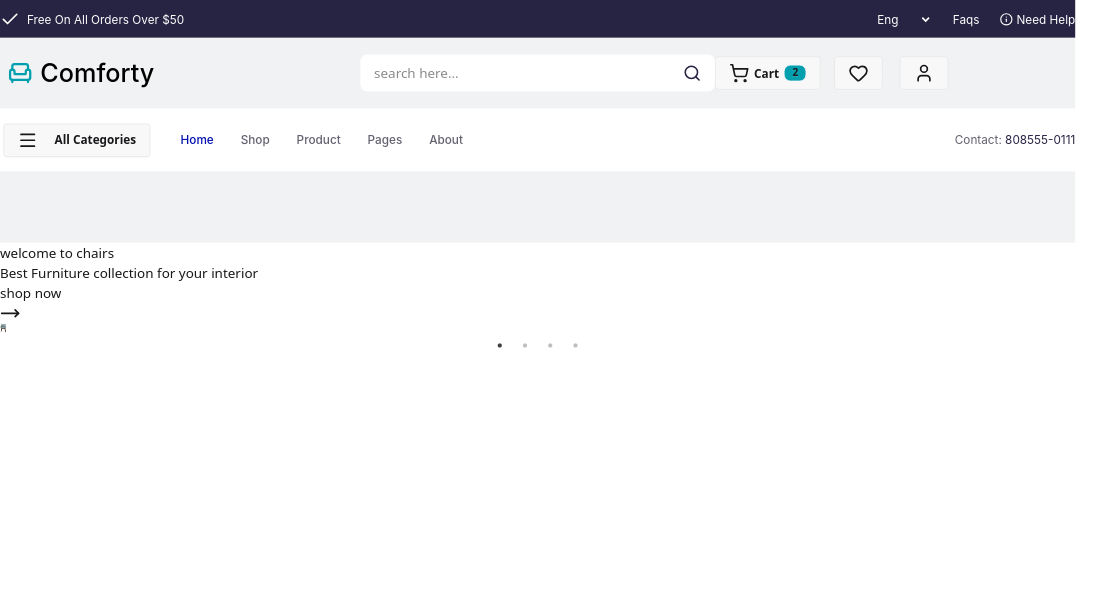
Repository: Neda0o0/store-template-website
Page: /
The author's editor kept a copy of each file at every save. The page is drawn from the files as they stood at one save, then again after the next save.
The browser window is 1280 px wide. The page is 1305 px wide, so the pictures cover 1305 px, including what lies to the right of the window. The pictures show the whole page, at 84% of full size.
The project was rebuilt for these pictures with package versions that can differ from the ones it lists, and the page was loaded fresh each time. Also part of the build but not shown: vite.config.js, src/Pages/Auth/Auth.jsx, src/Pages/Auth/Login/Login.jsx, src/Pages/Auth/Register/Register.jsx, src/Pages/Error/Error.jsx, src/AuthCheck/AuthCheck.jsx.

Above is the page before, as saved 2025-10-21 15:38:17.

### index.html
<!doctype html>
<html lang="en">
  <head>
    <meta charset="UTF-8" />
    <link rel="icon" type="image/svg+xml" href="/vite.svg" />
    <meta name="viewport" content="width=device-width, initial-scale=1.0" />
    <title>new-project</title>
  </head>
  <body>
    <div id="root"></div>
    <script type="module" src="/src/main.jsx"></script>
  </body>
</html>

### src/main.jsx
import { StrictMode } from "react";
import { createRoot } from "react-dom/client";
import MainLayout from "./MainLayout/MainLayout";
import "./index.css";

createRoot(document.getElementById("root")).render(
  <StrictMode>
    <MainLayout />
  </StrictMode>
);

### src/MainLayout/MainLayout.jsx
import { BrowserRouter, Route, Routes } from "react-router";
import Navbar from "../components/Navbar/Navbar";
import Home from "../Pages/Home/Home";
import Auth from "../Pages/Auth/Auth";
import Login from "../Pages/Auth/Login/Login";
import Register from "../Pages/Auth/Register/Register";
import Error from "../Pages/Error/Error";
import AuthCheck from "../AuthCheck/AuthCheck";

const MainLayout = () => {
  return (
    <BrowserRouter>
      {/* Navbar */}
      <Navbar />
      <Routes>
        <Route
          path="/"
          element={
            <AuthCheck>
              <Home />
            </AuthCheck>
          }
        />
        <Route path="auth" element={<Auth />}>
          <Route path="login" element={<Login />} />
          <Route path="register" element={<Register />} />
        </Route>
        {/* not found routes */}
        <Route path="*" element={<Error />} />
      </Routes>
    </BrowserRouter>
  );
};
export default MainLayout;

### src/index.css
@import "tailwindcss";
@plugin "daisyui";

/* google font inter */
@import url("https://fonts.googleapis.com/css2?family=Inter:ital,opsz,wght@0,14..32,100..900;1,14..32,100..900&display=swap");

@theme {
  --font-inter: "Inter", sans-serif;
}

### src/components/Navbar/Navbar.jsx
import {
  Armchair,
  Check,
  Info,
  Search,
  ShoppingCart,
  Heart,
  User,
  Menu,
} from "lucide-react";
import { Link, NavLink } from "react-router-dom";

const Navbar = () => {
  return (
    <div>
      {/* navbar top */}
      <div className="navbar_top flex items-center justify-center bg-[#272343] w-full h-[45px]">
        <div className="lg:container flex justify-between items-center">
          <p className="flex items-center gap-2 text-sm font-inter font-normal text-white capitalize">
            <Check />
            Free on all orders over $50
          </p>
          <div className="navbar_top_right flex items-center gap-6">
            <select
              defaultValue="Server location"
              className=" bg-none h-[30px] w-[70px] text-sm font-inter font-normal capitalize text-white"
            >
              <option>Eng</option>
              <option>Farsi</option>
            </select>
            <button>
              <Link className="text-sm text-white font-inter font-normal capitalize ">
                Faqs
              </Link>
            </button>
            <button>
              <Link className="flex items-center gap-1 text-sm  text-white font-inter font-normal capitalize">
                <Info size={16} />
                Need help
              </Link>
            </button>
          </div>
        </div>
      </div>
      {/* navbar middle */}
      <div className="navbar middle flex items-center justify-center bg-[#f0f2f3] w-full h-[84px]">
        <div className="lg:container grid grid-cols-3 items-center">
          <div className="logo_wrapper">
            <Link
              to="/"
              className="text-3xl text-black font-inter font-medium capitalize flex items-center gap-2"
            >
              <Armchair size="2rem" color="#029fae" /> Comforty
            </Link>
          </div>
          <div className="search_box">
            <form action="#" className="max-w-[443px] h-[44px] relative">
              <input
                type="text"
                placeholder="search here..."
                className=" max-w-[443px] w-full h-full bg-white rounded-lg pl-4 "
              />
              <button className="absolute to-50% right-4 translate-y-1/2">
                <Search size="22px" color="#272343" />
              </button>
            </form>
          </div>
          {/* navbar middle right */}
          <div className="navbar_middle_right flex items-center gap-4">
            <button className="btn capitalize">
              <ShoppingCart /> cart
              <div className="badge badge-sm bg-[#029fae]">2</div>
            </button>
            <button className="btn capitalize">
              <Heart />
            </button>

            <div className="dropdown">
              <div tabIndex={0} role="button" className="btn m-1">
                <User />
              </div>
              <ul
                tabIndex="-1"
                className="dropdown-content menu bg-base-100 rounded-box z-1 w-52 p-2 shadow-sm"
              >
                <li>
                  <Link>Account</Link>
                </li>
                <li>
                  <Link>Logout</Link>
                </li>
              </ul>
            </div>
          </div>
        </div>
      </div>

      {/* navbar bottom */}
      <div className="navbar_bottom flex items-center justify-center w-full h-[75px] bg-white border-[#ele3e5]">
        <div className="lg:container flex items-center justify-between">
          <div className="navbar_bottom_left flex items-center gap-8">
            <div className="dropdown dropdown-start">
              <div
                tabIndex={0}
                role="button"
                className="btn m-1 flex items-center gap-5 capitalize"
              >
                <Menu /> all categories
              </div>
              <ul
                tabIndex="-1"
                className="dropdown-content menu bg-base-100 rounded-box z-1 w-52 p-2 shadow-sm"
              >
                <li>
                  <a>Chair</a>
                </li>
                <li>
                  <a>Pant</a>
                </li>
                <li>
                  <a>Shirt</a>
                </li>
                <li>
                  <a>T-shirt</a>
                </li>
              </ul>
            </div>
            <nav className="flex items-center gap-8">
              <NavLink
                to="/"
                className="text-sm text-[#020fae] font-inter font-medium capitalize"
              >
                Home
              </NavLink>
              <NavLink className="text-sm text-[#636270] font-inter font-medium capitalize">
                shop
              </NavLink>
              <NavLink className="text-sm text-[#636270] font-inter font-medium capitalize">
                product
              </NavLink>
              <NavLink className="text-sm text-[#636270] font-inter font-medium capitalize">
                pages
              </NavLink>
              <NavLink className="text-sm text-[#636270] font-inter font-medium capitalize">
                about
              </NavLink>
            </nav>
          </div>

          <div className="navbar_bottom_right">
            <p className="text-sm text-[#636270] font-inter font-normal capitalize">
              contact: <span className="text-[#272343]">{808}555-0111</span>
            </p>
          </div>
        </div>
      </div>
    </div>
  );
};
export default Navbar;

### src/Pages/Home/Home.jsx
import Banner from "../../components/Banner/Banner";
const Home = () => {
  return (
    <div>
      {/* banner component */}
      <div className="w-full bg-[#f0f2f3] min-h-[85px] flex items-center justify-center "></div>
      <Banner></Banner>
    </div>
  );
};
export default Home;

### src/components/Banner/Banner.jsx
import "slick-carousel/slick/slick.css";
import "slick-carousel/slick/slick-theme.css";
import Slider from "react-slick";
import { MoveRight } from "lucide-react";

const Banner = () => {
  const products = [
    {
      id: 1,
      title: "Best Furniture collection for your interior ",
      subTitle: "welcome to chairs",
      image: "/src/assets/Banner/banner_image.png",
    },
    {
      id: 2,
      title: "Best Furniture collection for your interior ",
      subTitle: "welcome to chairs",
      image: "/src/assets/Banner/banner_image.png",
    },
    {
      id: 3,
      title: "Best Furniture collection for your interior ",
      subTitle: "welcome to chairs",
      image: "/src/assets/Banner/banner_image.png",
    },
    {
      id: 4,
      title: "Best Furniture collection for your interior ",
      subTitle: "welcome to chairs",
      image: "/src/assets/Banner/banner_image.png",
    },
  ];
  const settings = {
    dots: true,
    infinite: true,
    speed: 500,
    slidesToShow: 1,
    slidesToScroll: 1,
  };
  return (
    <div className="lg:container ">
      <div className="slider-container">
        <Slider {...settings}>
          {products?.map((product) => (
            <div key={product?.id}>
              {/* banner text */}
              <div className="banner_text">
                <p>{product?.subTitle}</p>
                <h3>{product?.title}</h3>
                <button>
                  shop now <MoveRight />
                </button>
              </div>
              {/* banner image */}
              <div className="banner_image w-2">
                <img src={product?.image} alt={product?.title} />
              </div>
            </div>
          ))}
        </Slider>
      </div>
    </div>
  );
};
export default Banner;

After the next save:
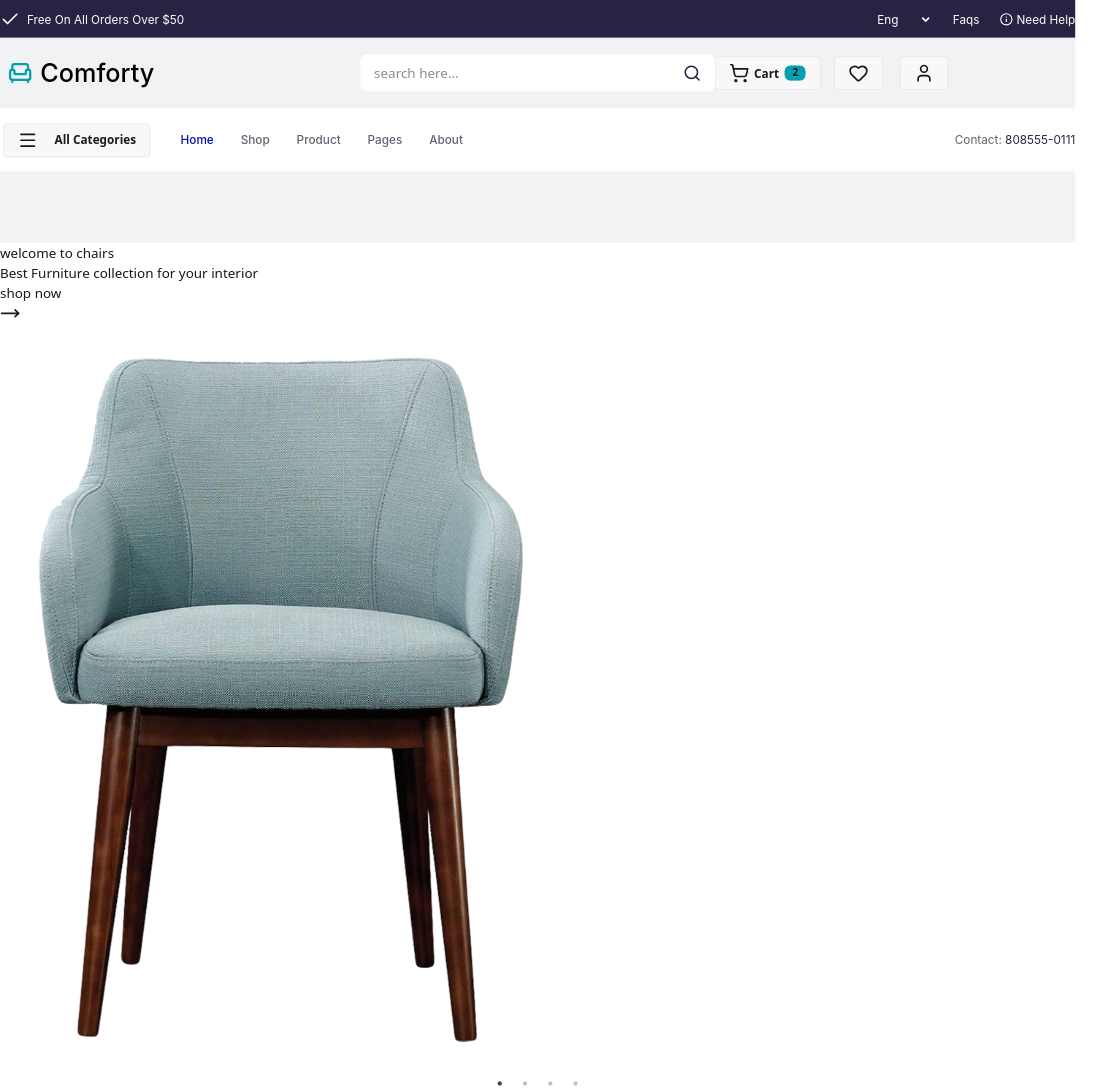
Saved 53 s later.
--- a/src/components/Banner/Banner.jsx
+++ b/src/components/Banner/Banner.jsx
@@ -52,7 +52,7 @@
                 </button>
               </div>
               {/* banner image */}
-              <div className="banner_image w-2">
+              <div className="banner_image w-2xl">
                 <img src={product?.image} alt={product?.title} />
               </div>
             </div>
